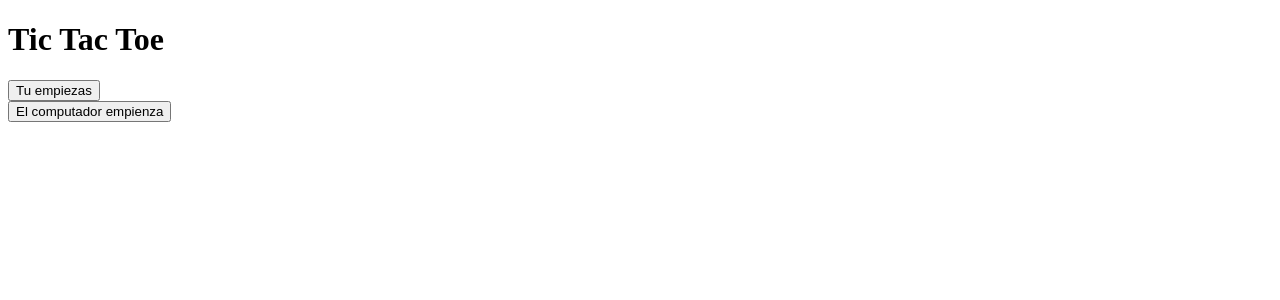
Repository: liccy1002/TicTacToe
Page: http://localhost/TicTacToe/
The author's editor kept a copy of each file at every save. The page is drawn from the files as they stood at one save, then again after the next save.
The browser window is 1280 px wide. The pictures show the whole page.
The page is served by Tomcat 9. Other server files are loaded and not shown.

Above is the page before, as saved 2024-04-04 17:29:07.

### TicTacToe/src/main/webapp/index.jsp
<jsp:useBean id="gameBean" scope="session" class="game.GameBean" />

<%@page contentType="text/html" pageEncoding="UTF-8"%>
<!DOCTYPE html>
<html>
    <head>
        <meta http-equiv="Content-Type" content="text/html; charset=UTF-8">
        <title>Tic Tac Toe</title>
    </head>
    <body>
        <h1>Tic Tac Toe</h1>
        <form action="entryServlet" method="post">
            <input type="submit" name="User" value="Tu empiezas"><br/>
            <input type="submit" name="Computer" value="El computador empienza">
        </form>
    </body>
</html>

### TicTacToe/src/main/java/game/GameBean.java
package game;

import java.util.ArrayList;
import java.util.List;
import java.util.Random;

public class GameBean {
    private static final int GRID_SIZE = 3;

    public enum GameState {
        NULL, O, X;
    }

    public enum GamePlayer {
        USER(GameState.X),
        COMPUTER(GameState.O),
        NOBODY(GameState.NULL);

        private GameState state;

        private GamePlayer(GameState state) {
            this.state = state;
        }
    }

    private boolean userFirst = true;
    private GameState[][] gameStatus;

    public GameBean() {
        this.gameStatus = new GameState[GRID_SIZE][GRID_SIZE];
    }

    public List<Line> getGridLines() {
        List<Line> lines = new ArrayList<>();
        int index = 0;
        for (GameState[] lineDatas : this.gameStatus) {
            lines.add(new Line(lineDatas, index));
            index++;
        }
        return lines;
    }

    public List<Cell> getGridStatus(Line line) {
        List<Cell> cells = new ArrayList<>();
        int index = 0;
        for (GameState state : line.getDatas()) {
            cells.add(new Cell(state, line.getIndex(), index));
            index++;
        }
        return cells;
    }

    public void setStartByUser(boolean userFirst) {
        this.userFirst = userFirst;
    }

    public void startGame() {
        for (int line = 0; line < GRID_SIZE; line++) {
            for (int col = 0; col < GRID_SIZE; col++) {
                this.gameStatus[line][col] = GameState.NULL;
            }
        }
        if (!this.userFirst) {
            this.play(GamePlayer.COMPUTER, 1, 1);
        }
    }

    public void playPlayerTurn(int line, int col) {
        this.play(GamePlayer.USER, line, col);
    }

    public void playComputerTurn() {
        int line = this.getRandomLineIndexWithEmptyCell();
        int col = this.getRandomEmptyCell(line);
        this.play(GamePlayer.COMPUTER, line, col);
    }

    public void playUserTurn(int line, int col) {
        if (line >= 0 && line < GRID_SIZE && col >= 0 && col < GRID_SIZE && gameStatus[line][col] == GameState.NULL) {
            this.play(GamePlayer.USER, line, col);
        } else {
            System.out.println("Posición inválida o ya ocupada. Por favor, elija otra.");
        }
    }

    private void play(GamePlayer player, int line, int col) {
        if (this.gameStatus[line][col] == GameState.NULL) {
            this.gameStatus[line][col] = player.state;
        }
    }

    private GamePlayer getPlayer(GameState state) {
        for (GamePlayer player : GamePlayer.values()) {
            if (player.state.equals(state)) {
                return player;
            }
        }
        return null;
    }

    public GamePlayer getWinner() {
        // Lines
        for (int line = 0; line < GRID_SIZE; line++) {
            GameState lineState = this.gameStatus[line][0];
            boolean win = true;
            for (int col = 0; col < GRID_SIZE; col++) {
                if (!this.gameStatus[line][col].equals(lineState)) {
                    win = false;
                    break;
                }
            }
            if (win) {
                return this.getPlayer(lineState);
            }
        }
        // Cols
        for (int col = 0; col < GRID_SIZE; col++) {
            GameState colState = this.gameStatus[0][col];
            boolean win = true;
            for (int line = 0; line < GRID_SIZE; line++) {
                if (!this.gameStatus[line][col].equals(colState)) {
                    win = false;
                    break;
                }
            }
            if (win) {
                return this.getPlayer(colState);
            }
        }
        // Cross
        GameState pCrossState = this.gameStatus[0][0];
        GameState nCrossState = this.gameStatus[0][GRID_SIZE - 1];
        boolean pWin = true;
        boolean nWin = true;
        for (int index = 0; index < GRID_SIZE; index++) {
            if (!this.gameStatus[index][index].equals(pCrossState)) {
                pWin = false;
            }
            if (!this.gameStatus[index][GRID_SIZE - 1 - index].equals(nCrossState)) {
                nWin = false;
            }
        }
        if (pWin) {
            return this.getPlayer(pCrossState);
        } else if (nWin) {
            return this.getPlayer(nCrossState);
        } else {
            return GamePlayer.NOBODY;
        }
    }

    private static final Random rand = new Random();

    private int getRandomLineIndexWithEmptyCell() {
        if (!this.hasEmptyCell()) {
            return -1;
        }
        List<Integer> indexes = new ArrayList<>();
        int index = 0;
        for (GameState[] line : this.gameStatus) {
            boolean hasEmpty = false;
            for (GameState cell : line) {
                if (cell == GameState.NULL) {
                    hasEmpty = true;
                    break;
                }
            }
            if (hasEmpty) {
                indexes.add(index);
            }
            index++;
        }
        return indexes.get(rand.nextInt(indexes.size()));
    }

    private int getRandomEmptyCell(int line) {
        if (!this.hasEmptyCell()) {
            return -1;
        }
        List<Integer> indexes = new ArrayList<>();
        int index = 0;

        for (GameState cell : this.gameStatus[line]) {
            if (cell == GameState.NULL) {
                indexes.add(index);
            }
            index++;
        }
        return indexes.get(rand.nextInt(indexes.size()));
    }

    public boolean hasEmptyCell() {
        for (int line = 0; line < GRID_SIZE; line++) {
            for (int col = 0; col < GRID_SIZE; col++) {
                if (this.gameStatus[line][col] == GameState.NULL) {
                    return true;
                }
            }
        }
        return false;
    }
}

After the next save:
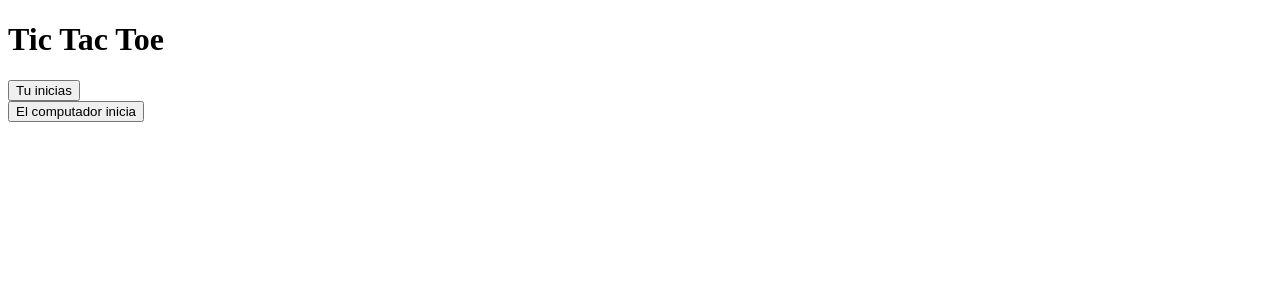
Saved 48 s later.
--- a/TicTacToe/src/main/webapp/index.jsp
+++ b/TicTacToe/src/main/webapp/index.jsp
@@ -10,8 +10,8 @@
     <body>
         <h1>Tic Tac Toe</h1>
         <form action="entryServlet" method="post">
-            <input type="submit" name="User" value="Tu empiezas"><br/>
-            <input type="submit" name="Computer" value="El computador empienza">
+            <input type="submit" name="User" value="Tu inicias"><br/>
+            <input type="submit" name="Computer" value="El computador inicia">
         </form>
     </body>
 </html>
